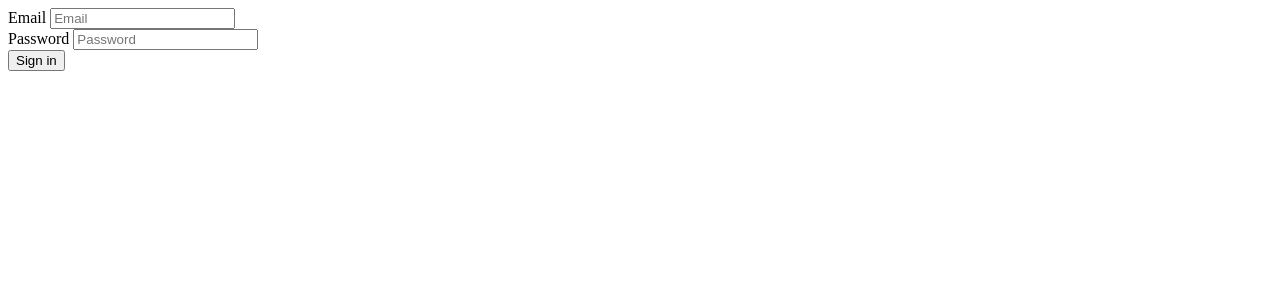
Repository: organicos/organicos.github.io
Page: partials/security/signin.html
The author's editor kept a record of every edit. The page is drawn from the files as they stood at one moment, then again after the next edit.
The browser window is 1280 px wide. The pictures show the whole page.

Above is the page before.

After the next edit:
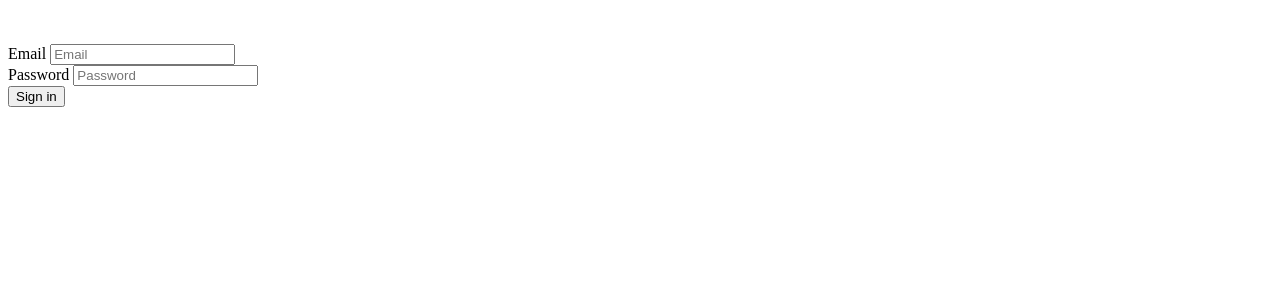
The edit:
--- a/partials/security/signin.html
+++ b/partials/security/signin.html
@@ -1,5 +1,6 @@
-<div class="row">
+<div class="row background-violet text-white">
     <div class="col-sm-offset-6 col-sm-12">
+        <br></br>
         <form class="form" role="form" ng-submit="signin()">
             <div class="form-group">
                 <label for="email" class="control-label">Email</label>
